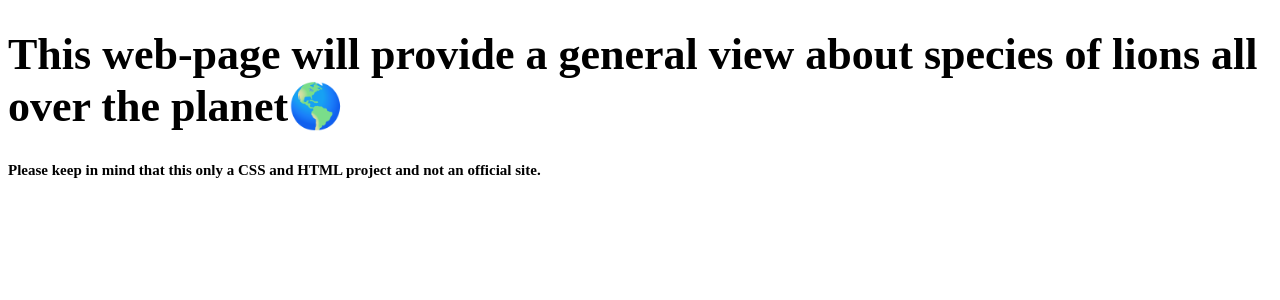
Repository: GeorgeManias/lions_project
Page: index.html
These files come from the project's save history. The page is drawn as it stood at one moment and after the next save; the edit follows.
The browser window is 1280 px wide. The pictures show the whole page.

Above is the page before, as saved 2021-11-02 20:08:20.

### index.html
<!DOCTYPE html>
<html lang="en">
  <head>
    <link rel="stylesheet" href="index.css" />
    <link
      href="https://fonts.googleapis.com/css2?family=Roboto:ital@1&display=swap"
      rel="stylesheet"
    />
    <title>King of the Jungle</title>
  </head>
  <div class="container">
    <!--This will be the container fro the main_page-->

    <body>
      <header>
        <!--This area will be for the upper body part-->
        <h1 class="main_header">
          This web-page will provide a general view about species of lions all
          over the planet🌎
        </h1>
        <h2 class="project_header">
          Please keep in mind that this only a CSS and HTML project and not an
          official site.
        </h2>
      </header>
    </body>
  </div>
</html>

### index.css
/*

--- 01 TYPOGRAPHY SYSTEM

- Font sizes (px)
10 / 12 / 14 / 16 / 18 / 20 / 24 / 30 / 36 / 44 / 52 / 62 / 74 / 86 / 98

- Font weights
Default: 400
Medium: 500
Semi-bold: 600
Bold: 700

- Line heights
Default: 1
Small: 1.05
Medium: 1.2
Paragraph default: 1.6

- Letter spacing
-0.5px
0.75px

--- 02 COLORS

- Primary: #e67e22
- Tints:
#fdf2e9
#fae5d3
#eb984e

- Shades:
#cf711f
#45260a

- Accents:
- Greys

#888
#767676 (lightest grey allowed on #fff)
#6f6f6f (lightest grey allowed on #fdf2e9)
#555
#333

--- 05 SHADOWS

0 2.4rem 4.8rem rgba(0, 0, 0, 0.075);

--- 06 BORDER-RADIUS

Default: 9px
Medium: 11px

--- 07 WHITESPACE

- Spacing system (px)
2 / 4 / 8 / 12 / 16 / 24 / 32 / 48 / 64 / 80 / 96 / 128
*/

html {
  /*εδώ βάζω το 10 με σκοπο το αλλο να έχει ευκολο πολαπλασσιο του rem*/
  font-size: 10px;
  margin-left: 0%;
  margin-right: 0%;
}

.main_header {
  font-size: 4.4rem;
}

After the next save:
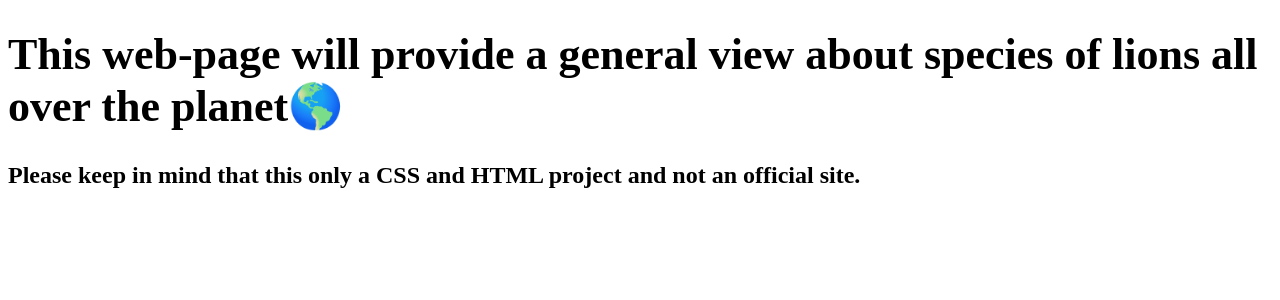
Saved 2 min 20 s later.
--- a/index.css
+++ b/index.css
@@ -66,4 +66,11 @@ html {
 
 .main_header {
   font-size: 4.4rem;
+  margin-left: 10%
+  margin-right: 10%;
+
 }
+
+.project_header{
+  font-size: 2.4rem;
+}
